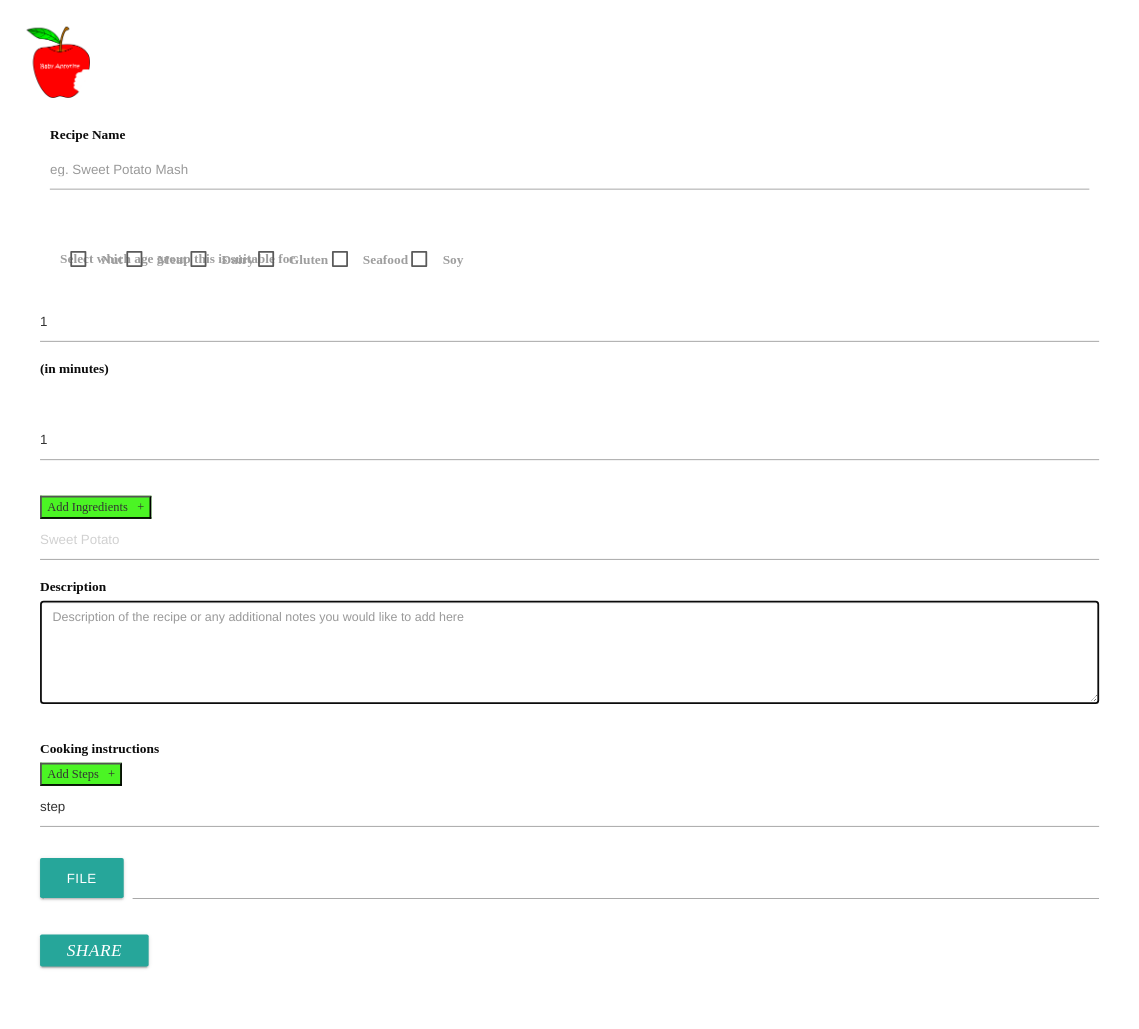
Repository: blueag8/babyappytite
Page: templates/editrecipe.html
The author's editor kept a record of every edit. The page is drawn from the files as they stood at one moment, then again after the next edit.
The browser window is 1280 px wide. The pictures show the whole page, at 89% of full size.
Some web fonts or font styles are not loaded; a fallback is used. Some web libraries are served in a nearby version. The template is drawn by Flask 3. The application's start-up code is not run. Other server files are loaded and not shown. The template is opened directly, without the code that normally fills it, so the values that code supplies are empty.

Above is the page before.
Console error: SyntaxError: missing ) after argument list

### templates/editrecipe.html
{% extends 'base.html'%}{% block content %}
<div class="form row">

<form action="{{ url_for('update_recipe') }}" name="form" method="POST" class="col s12">
    <div class="form row">
      <label class="recipe_name">Recipe Name</label>
      <input type="text" class="form-control" id="recipe_name" name="recipe_name" placeholder="eg. Sweet Potato Mash">
    </div>

 <div class="input-field col s12">
   <label for="category_age">Select which age group this is suitable for</label>
                <select id="category_age" name="category_age">
                    {% for category in categories %}
                        <option value="{{category.category_age}}"
                                {% if category.category_age == recipe.category_age %} selected {% endif %}
                            {{category.category_age}}</option>
                    {% endfor %}

  <div class="row">
    <label for="allergens" name="allergen">Please select which allergens are or may be in the recipe</label>
     {% if recipe.allergens %} checked {% endif %}>
         <input class="form-check-input" type="checkbox" id="Nut" value="Nut">
          <label class="form-check-label" for="Nut">Nut</label>
          <input class="form-check-input" type="checkbox" id="Meat" value="Meat">
          <label class="form-check-label" for="Meat">Meat</label>
          <input class="form-check-input" type="checkbox" id="Dairy" value="Dairy">
          <label class="form-check-label" for="Dairy">Dairy</label>
          <input class="form-check-input" type="checkbox" id="Gluten" value="Gluten">
          <label class="form-check-label" for="Gluten">Gluten</label>
          <input class="form-check-input" type="checkbox" id="allergen" value="Seafood">
          <label class="form-check-label" for="Seafood">Seafood</label>
          <input class="form-check-input" type="checkbox" id="Soy" value="Soy">
          <label class="form-check-label" for="Soy">Soy</label>
      </div>
  </div>

  <div class="form row">
    <label for="cooking_time">{{recipe.cooking_time}}</label>
      <input type="number" name="cooking_time" min="0" max="100" step="1" value="1" required>
      <label>(in minutes)</label>
  </div>

  <div class="form row">
    <label for="portion_sizes">{{recipe.portion_size}}</label>
    <input type="number" name="portion_size" min="0" max="100" step="1" value="1" required>
  </div>


  <div class="form row">
    <div class= "wrapper">
       <div class="container1">
        <button class="add_ingredients">Add Ingredients &nbsp;
          <span>+ </span>
        </button>
        <div><input type="text" name="ingredient" value="{{recipe.ingredient}}" placeholder="Sweet Potato" required>
      </div>
    </div>
  </div>

  <div class="form row">
    <label for="recipe_description">Description</label>
      <div class="row">
      <textarea class="form-control" id="recipe_description" name="recipe_description" rows="5" placeholder="Description of the recipe or any additional notes you would like to add here"></textarea>
       </div>
    </div>

  <div class="form row">
    <label for="add_steps">Cooking instructions</label>
<!-------https://stackoverflow.com/questions/14853779/adding-input-elements-dynamically-to-form ----->
      <div class= "wrapper">
        <div class="container2">
          <button class="add_steps">Add Steps &nbsp;
            <span>+ </span>
          </button>
            <div><input type="text" name="step" value="step" placeholder"eg. wash vegetables">
            </div>
        </div>
      </div>

  <div class="file-field input-field">
    <div class="btn">
       <span>File</span>
        <input type="file">
    </div>
    <div class="file-path-wrapper">
        <input class="file-path validate" type="text">
      </div>
    </div>
  </div>

  <div class="row">
      <button class="btn waves-effect waves-light" type="submit" name="action" value="submit">
          <i class="material-icons add_box">Share</i>
       </button>
  </div>
</div>
</div>
</form>

 {% endblock %}

### templates/base.html
<!DOCTYPE html>
<html lang="en">
<head>
    <meta charset="UTF-8">
    <meta name="viewport" content="width=device-width, initial-scale=1.0">
    <meta http-equiv="X-UA-Compatible" content="ie=edge">

    <title>"Baby Appy-tite | Recipes for 6 months +"</title>

    <link rel="stylesheet" href="https://maxcdn.bootstrapcdn.com/bootstrap/3.3.7/css/bootstrap.min.css" type="text/css">
    <link rel="stylesheet" href="https://stackpath.bootstrapcdn.com/font-awesome/4.7.0/css/font-awesome.min.css" type="text/css">
    <link href="https://fonts.googleapis.com/css?family=Emilys+Candy&display=swap" rel="stylesheet">
    <link rel="stylesheet" href="https://cdnjs.cloudflare.com/ajax/libs/materialize/0.100.2/css/materialize.min.css">
    <link rel="stylesheet" href="{{url_for('static', filename='css/style.css')}}" type="text/css" />
</head>
<header>
         <div class="nav-wrapper">
              <div class="navbar img">
                 <a class="icon" href="{{url_for('home')}}">
                      <img src="/static/img/babyappytite.png">
                </a>
            </div>
        </div>
      </div>
</header>
<body>
    <div class="container-fluid">
        {% block content %}{% endblock %}
    </div>

    <script src="https://cdnjs.cloudflare.com/ajax/libs/jquery/3.3.1/jquery.min.js"></script>
    <script src="https://cdnjs.cloudflare.com/ajax/libs/jquery/3.2.1/jquery.min.js"></script>
    <script src="https://maxcdn.bootstrapcdn.com/bootstrap/3.3.7/js/bootstrap.min.js" integrity="sha384-Tc5IQib027qvyjSMfHjOMaLkfuWVxZxUPnCJA7l2mCWNIpG9mGCD8wGNIcPD7Txa" crossorigin="anonymous"></script>
    <script src="https://cdnjs.cloudflare.com/ajax/libs/materialize/0.100.2/js/materialize.min.js"></script>
    <script type="text/javascript">

        $(document).ready(function() {
    var max_fields = 10;
    var wrapper = $(".container1");
    var add_button = $(".add_ingredients");

    var x = 1;
    $(add_button).click(function(e) {
        e.preventDefault();
        if (x < max_fields) {
            x++;
            $(wrapper).append('<div><input type="text" name="ingredient[]"/><a href="#" class="delete">Delete</a></div>'); //add input box
        } else {
            alert('You Reached the limits')
        }
    });

    $(wrapper).on("click", ".delete", function(e) {
        e.preventDefault();
        $(this).parent('div').remove();
        x--;
    })

});
 $(d
    });





ocument).ready(function() {
    var max_fields = 10;
    var wrapper = $(".container2");
    var add_button = $(".add_steps");

    var x = 1;
    $(add_button).click(function(e) {
        e.preventDefault();
        if (x < max_fields) {
            x++;
            $(wrapper).append('<div><input type="text" name="step[]"/><a href="#" class="delete">Delete</a></div>'); //add input box
        } else {
            alert('You Reached the limits')
        }
    });

    $(wrapper).on("click", ".delete", function(e) {
        e.preventDefault();
        $(this).parent('div').remove();
        x--;
    })

});

$(document).ready(function() {
    var check_box= mongo.db.recipes.getlist('allergens');
    var numberOfCheckedItems = 0;

    for(var i = 0; i < checkboxes.length; i++)

     {
        if(checkboxes[i].checked)
            numberOfCheckedItems++;
    }
        if (numberOfCheckedItems<0)
        {
    return false;
    }
} );


    </script>
</body>

</html>

### static/css/style.css
body {
    margin: 15px;
    padding: 20px;
}

img {
    height: 150px;
    vertical-align: super;
}
.apple img {
    height: 200px;
}

.caterpillar img {
    height: 100px;
}

.mainlink img
{
    height: 125px;
    }

.navbar img {
    height: 80px;
}

.main {
    margin: 20px;
    padding: 20px;
    border: 15px;
}
.form-control {
    color: #0c0c0c;
    background-color: #fff;
    background-image: none;
    border: 2px solid #0b0b0b;
}
label {
   color: #0c0c0c;
    font-family: 'Emilys Candy', cursive;
    /* font-family: Emily; */
    font-size: 15px;
}

button{
    background-color: #4bf524;
    font-family: 'Emily';
}
.delete {
    color: #db1f1f;
}

/*---------Navbar----------*/
.navbar {
    position: relative;
    min-height: 50px;
    margin-bottom: 20px;
    border: none;
    background-color: transparent;
}
.navbar-brand img {
    height: 50px;
}

/*-----Media Queries--------*/

@media (min-width: 767px)
{
body {
    margin: 10px;
}
}

After the next edit:
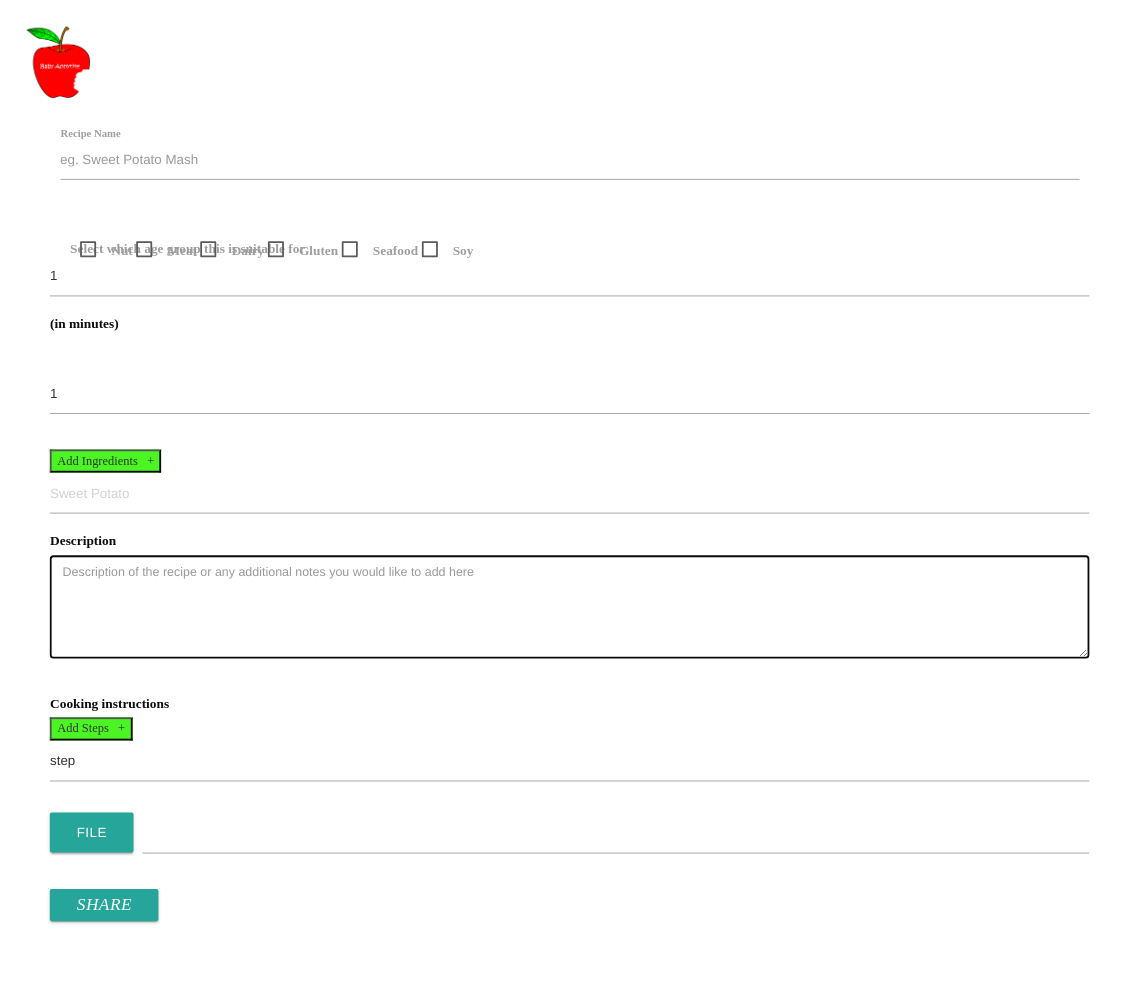
The edit:
--- a/templates/editrecipe.html
+++ b/templates/editrecipe.html
@@ -2,6 +2,7 @@
 <div class="form row">
 
 <form action="{{ url_for('update_recipe') }}" name="form" method="POST" class="col s12">
+  <div class="input-field col s12">
     <div class="form row">
       <label class="recipe_name">Recipe Name</label>
       <input type="text" class="form-control" id="recipe_name" name="recipe_name" placeholder="eg. Sweet Potato Mash">
